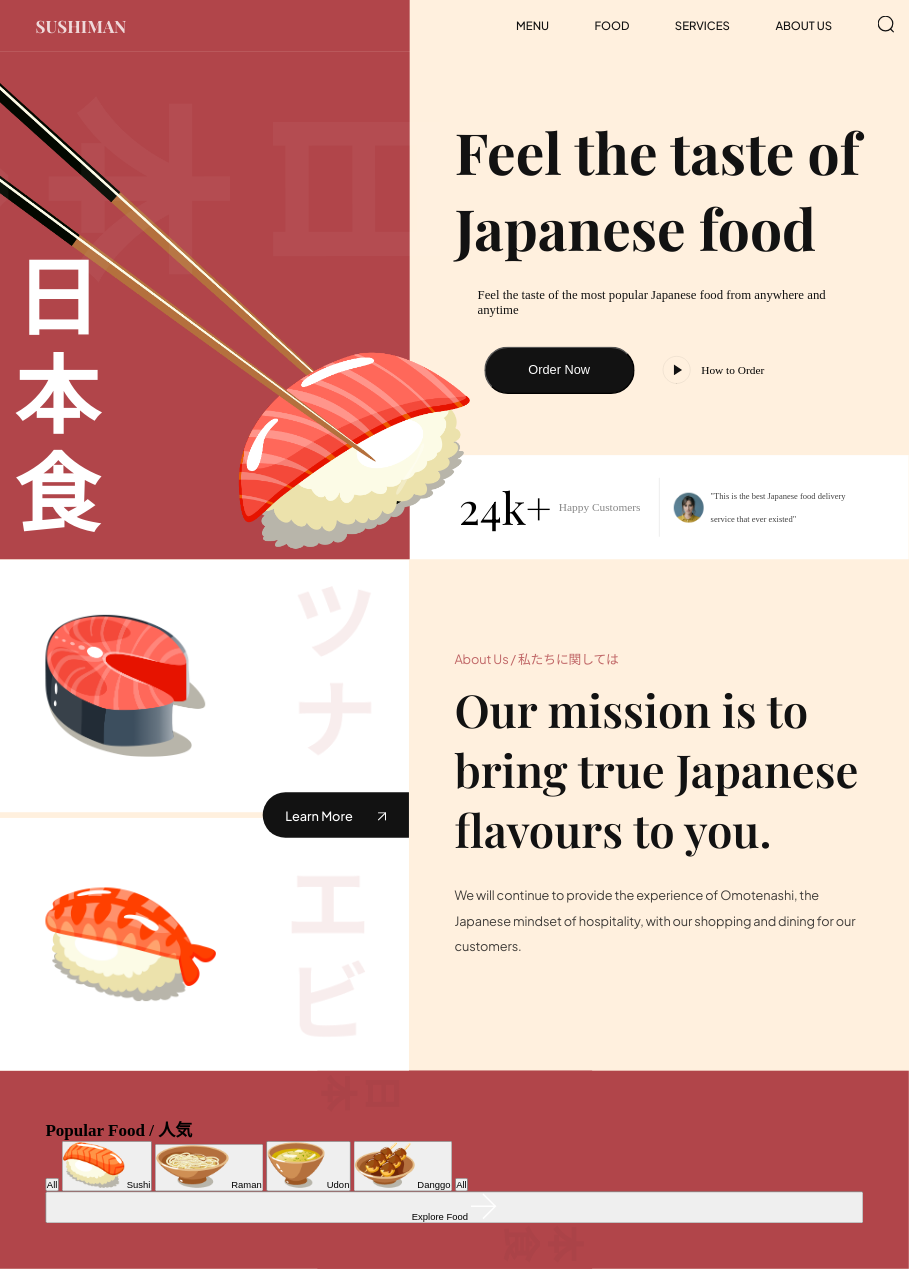
Repository: echoyol/sushiWebsite
Page: index.html
An editor plug-in stored every save of this project. The page is shown before and after the next save, followed by the edit.
The browser window is 1280 px wide. The pictures show the whole page, at 71% of full size.

Above is the page before, as saved 2023-06-04 19:49:50.

### index.html
<!DOCTYPE html>
<html lang="en">
  <head>
    <meta charset="UTF-8" />
    <meta
      http-equiv="X-UA-Compatible"
      content="IE=edge"
    />
    <meta
      name="viewport"
      content="width=device-width, initial-scale=1.0"
    />
    <link
      rel="icon"
      type="image/png"
      href="/public/sushi.png"
    />
    <link
      rel="stylesheet"
      href="/css/style.css"
    />
    <title>Sushiman</title>
  </head>
  <body>
    <header>
      <nav class="header_nav">
        <div class="header__logo">
          <h4>Sushiman</h4>
          <div class="header__logo-overlay"></div>
        </div>
        <ul class="header__menu">
          <li>
            <a href="#menu">Menu</a>
          </li>
          <li>
            <a href="#food">Food</a>
          </li>
          <li>
            <a href="#services">Services</a>
          </li>
          <li>
            <a href="#about-us">About Us</a>
          </li>
          <li>
            <img
              src="assets/search.svg"
              alt="search"
            />
          </li>
        </ul>
        <ul class="header__menu-mobile">
          <li>
            <img
              src="assets/menu.svg"
              alt="menu"
            />
          </li>
        </ul>
      </nav>
    </header>

    <section class="hero">
      <div class="hero-image">
        <img
          src="assets/sushi-1.png"
          alt="sushi"
        />
        <h2>
          日<br />
          本<br />
          食
        </h2>

        <div class="hero-image__overlay"></div>
      </div>

      <div class="hero-content">
        <div class="hero-content-info">
          <h1>Feel the taste of Japanese food</h1>
          <p>
            Feel the taste of the most popular Japanese food from anywhere and
            anytime
          </p>

          <div class="hero-content__buttons">
            <button class="hero-content__order-button">Order Now</button>
            <button class="hero-content__play-button">
              <img
                src="assets/play-circle.svg"
                alt="play"
              />
              How to Order
            </button>
          </div>
        </div>
        <div class="hero-content__testimonial">
          <div class="hero-content__customer flex-center">
            <h4>24<span>k+</span></h4>
            <p>Happy Customers</p>
          </div>

          <div class="hero-content__review">
            <img
              src="assets/user.png"
              alt="user"
            />
            <p>
              "This is the best Japanese food delivery service that ever
              existed"
            </p>
          </div>
        </div>
      </div>
    </section>

    <section
      class="about-us"
      id="about-us"
    >
      <div class="about-us__image">
        <div class="about-us__image-sushi3">
          <img
            src="assets/sushi-3.png"
            alt="sushi"
          />
        </div>

        <button class="about-us__button">
          Learn More

          <img
            src="assets/arrow-up-right.svg"
            alt="learn more"
          />
        </button>

        <div class="about-us__image-sushi2">
          <img
            src="assets/sushi-2.png"
            alt="sushi"
          />
        </div>
      </div>

      <div class="about-us__content">
        <p class="sushi__subtitle">About Us / 私たちに関しては</p>
        <h3 class="sushi__title">
          Our mission is to bring true Japanese flavours to you.
        </h3>
        <p class="sushi__description">
          We will continue to provide the experience of Omotenashi, the Japanese
          mindset of hospitality, with our shopping and dining for our
          customers.
        </p>
      </div>
    </section>

    <section
      class="popular-foods"
      id="menu"
    >
      <h2 class="popular-foods__title">Popular Food / 人気</h2>

      <div class="popular-foods__filters sushi__hide-scrollbar">
        <button class="popular-foods__filter-btn active">All</button>
        <button class="popular-foods__filter-btn">
          <img
            src="assets/sushi-9.png"
            alt="sushi 9"
          />
          Sushi
        </button>
        <button class="popular-foods__filter-btn">
          <img
            src="assets/sushi-8.png"
            alt="sushi 8"
          />
          Raman
        </button>
        <button class="popular-foods__filter-btn">
          <img
            src="assets/sushi-7.png"
            alt="sushi 7"
          />
          Udon
        </button>
        <button class="popular-foods__filter-btn">
          <img
            src="assets/sushi-6.png"
            alt="sushi 6"
          />
          Danggo
        </button>
        <button class="popular-foods__filter-btn active">All</button>
      </div>

      <div class="popular-foods__catalogue"></div>

      <button class="popular-foods__button">
        Explore Food
        <img
          src="assets/arrow-right.svg"
          alt="arrow-right"
        />
      </button>
    </section>
    <script
      src="js/script.js"
      type="module"
    ></script>
  </body>
</html>

### css/style.css
@import url('https://fonts.googleapis.com/css2?family=Playfair+Display:wght@400;500;600;700;800;900&display=swap');
@import url('https://fonts.googleapis.com/css2?family=Plus+Jakarta+Sans:wght@200;300;400;500;600;700;800&display=swap');

/* other css file imports */
@import url('sections/header.css');
@import url('sections/hero.css');
@import url('sections/about.css');
@import url('sections/popular.css');
@import url('sections/trending.css');
@import url('sections/subscribe.css');
@import url('sections/footer.css');

/* CSS variables for reusablity across all files (including above imported) */
:root {
  --playfair-display: 'Playfair Display', serif;
  --plus-jakarta-sans: 'Plus Jakarta Sans', sans-serif;

  --primary-color: #b1454a;
  --secondary-color: #121212;

  --black-200: #020202;
  --black-300: #333333;
  --black-400: #1f1e31;
  --black-500: #555555;
  --gray-100: #888888;

  --color-white: #fff;
  --color-creamson: #fff0de;
}

* {
  margin: 0;
  padding: 0;
  box-sizing: border-box;
  scroll-behavior: smooth;
}

body {
  max-width: 1280px;
  margin: 0 auto;
  background-color: var(--color-creamson);
}

a {
  text-decoration: none;
  color: inherit;
}

.flex-center {
  display: flex;
  justify-content: center;
  align-items: center;
}

.flex-between {
  display: flex;
  justify-content: space-between;
  align-items: center;
}

.sushi__subtitle {
  font-size: 18px;
  font-weight: 400;
  font-family: var(--plus-jakarta-sans);

  color: var(--primary-color);
  opacity: 0.8;

  letter-spacing: -0.01em;
}

.sushi__title {
  font-size: 64px;
  font-weight: 600;
  font-family: var(--playfair-display);

  color: var(--secondary-color);

  margin-top: 16px;
}

.sushi__description {
  font-size: 18px;
  font-weight: 400;
  font-family: var(--plus-jakarta-sans);

  line-height: 36px;
  letter-spacing: -0.01em;

  color: var(--secondary-color);
  opacity: 0.8;

  margin: 32px 0px;
}

/* Hide scrollbar for Chrome, Safari and Opera */
.sushi__hide-scrollbar::-webkit-scrollbar {
  display: none;
}

/* Hide scrollbar for IE, Edge and Firefox */
.sushi__hide-scrollbar {
  -ms-overflow-style: none; /* IE and Edge */
  scrollbar-width: none; /* Firefox */
}

/* START: about us media queries */
@media screen and (max-width: 1024px) {
  .about-us {
    flex-direction: column;
  }

  .about-us__image {
    flex-direction: row;
  }

  .about-us__image-sushi3 {
    border-bottom: none;
    border-right: 8px solid var(--color-creamson);
  }

  .about-us__button {
    display: none;
  }
}

@media screen and (max-width: 750px) {
  .about-us__image {
    flex-direction: column;
  }

  .about-us__image-sushi3 {
    border-bottom: 8px solid var(--color-creamson);
    border-right: none;
  }

  .about-us__button {
    display: block;
    top: 47%;
  }
}

@media screen and (max-width: 550px) {
  .about-us__image-sushi2 img,
  .about-us__image-sushi3 img {
    width: 50%;
    height: 160px;

    object-fit: contain;
  }

  .about-us__image div {
    padding: 32px;
  }

  .about-us__button {
    top: 44%;
  }

  .about-us__content {
    padding: 32px;
  }
}
/* END: about us media queries */

/* START: header media querie */
@media screen and (max-width: 900px) {
  .header__nav {
    background: var(--primary-color);
  }

  .header__menu {
    display: none;
  }

  .header__menu-mobile {
    display: flex;
  }
}

@media screen and (max-width: 550px) {
  .header__logo {
    padding-left: 0;
  }
}
/* END: header media queries */

/* START: hero media queries */
@media screen and (max-width: 1060px) {
  .hero {
    flex-direction: column;
  }

  .hero-image img {
    width: 100%;

    transform: matrix(1, 0.05, 0, 1.25, 0, 0) !important;
  }
}

@media screen and (max-width: 750px) {
  .hero-image h2 {
    font-size: 70px;
    line-height: 90px;
  }
}

@media screen and (max-width: 550px) {
  .hero-image h2 {
    font-size: 40px;
    line-height: 60px;
  }

  .hero-content-info {
    padding: 32px;
  }

  .hero-content-info h1 {
    font-size: 60px;
  }

  .hero-content-info p {
    margin: 32px 0;
  }

  .hero-content__buttons {
    margin: 41px 0;
  }

  .hero-content__testimonial {
    padding: 32px;
  }
}
/* END: hero media queries */

/* START: popular media queries */
@media screen and (max-width: 550px) {
  .popular-foods {
    padding: 64px 32px;
  }

  .popular-foods__card,
  .popular-foods__card.active-card {
    min-width: 100%;
  }
}
/* END: popular media queries */

/* START: subscribe media queries */
@media screen and (max-width: 550px) {
  .subscription {
    padding: 64px 32px;
  }

  .subscription h2 {
    font-size: 68px;
    line-height: 100px;
  }

  .subscription__form {
    flex-direction: column;
    gap: 20px;

    min-width: 100%;
    border-radius: 20px;
    padding: 0;

    border: none;
  }

  .subscription__form input {
    min-height: 50px;

    border: 1px solid rgba(255, 255, 255, 0.5);
    padding: 10px 20px;
    border-radius: 30px;
  }

  .subscription__form button {
    min-width: 100%;
  }
}
/* END: subscribe media queries */

/* START: trending media queries */
@media screen and (max-width: 1024px) {
  .trending-sushi {
    flex-direction: column;
  }

  .trending-drink {
    flex-direction: column-reverse;
  }

  .trending__image {
    width: 100%;
    background-size: cover;
  }

  .trending__discover {
    display: none;
  }

  .trending__arrow {
    display: none;
  }
}

@media screen and (max-width: 550px) {
  .trending__image img {
    width: 70%;
    height: 70%;
  }

  .trending__content {
    padding: 32px;
  }
}
/* END: trending media queries */

### js/script.js
// import AOS from 'aos'
// import 'aos/dist/aos.css'

// // init AOS animation
// AOS.init({
//   duration: 1000,
//   offset: 100,
// })

### css/sections/header.css
.header_nav {
  display: flex;
  overflow: hidden;
}

.header__logo {
  flex: 1;
  display: flex;
  position: relative;
  padding: 20px;
}

.header__logo-overlay {
  position: absolute;
  inset: 0;
  width: 100%;
  background-color: var(--primary-color);
  z-index: -1;
}

.header__logo h4 {
  padding-left: 30px;
  font-weight: 700;
  font-size: 24px;
  text-transform: uppercase;
  font-family: var(--playfair-display);
  color: #fff;
  opacity: 0.8;
}

.header__menu,
.header__menu-mobile {
  padding: 20px;
  flex: 1.236;
  display: flex;
  align-items: center;
  justify-content: flex-end;
  gap: 64px;

  list-style: none;
}

.header__menu li {
  font-weight: 500;
  font-family: var(--plus-jakarta-sans);
  color: var(--secondary-color);
  font-size: 16px;
  text-transform: uppercase;
  line-height: 20px;
  cursor: pointer;
}

.header__menu li img {
  width: 24px;
  height: 24px;
  object-fit: contain;
}

.header__menu-mobile {
  display: none;
  gap: 20px;
  position: relative;
}

### css/sections/hero.css
.hero {
  display: flex;
  min-height: calc(100vh-74px);
  overflow: hidden;
}

.hero-image {
  flex: 1;
  display: flex;
  flex-direction: column;
  position: relative;
  z-index: 5;
}

.hero-image img {
  width: 120%;
  height: 100%;
  object-fit: contain;
}

.hero-image__overlay {
  position: absolute;
  inset: 0;
  width: 100%;
  background-color: var(--primary-color);
  z-index: -1;
}

.hero-image h2 {
  position: absolute;
  bottom: 0;
  padding: 20px;
  font-family: var(--playfair-diaplay);
  font-weight: 700;
  font-size: 120px;
  line-height: 138px;
  color: #fff;
}

.hero-content {
  flex: 1.22;
  display: flex;
  justify-content: space-between;
  flex-direction: column;
}

.hero-content-info {
  padding: 64px;
  flex: 1;
  display: flex;
  justify-content: center;
  flex-direction: column;
}

.hero-content-info h1 {
  font-size: 80px;
  font-weight: 600px;
  font-family: var(--playfair-display);
  color: var(--secondary-color);
}

.hero-content-info p {
  margin: 32px 0 0 32px;
  font-family: var(--plus-jakarta-sana);
  color: var(--secondary-color);
  font-size: 18px;
  font-weight: 400;
}

.hero-content__buttons {
  margin: 41px 0 0 41px;
  display: flex;
  flex-wrap: wrap;
  gap: 36px;
}

.hero-content__order-button {
  padding: 20px;
  border-radius: 36px;
  min-width: 212px;
  outline: none;
  background-color: var(--secondary-color);
  cursor: pointer;
  color: #fff;
  font-weight: 500;
  font-size: 18px;
  line-height: 23px;
}

.hero-content__play-button {
  border: none;
  outline: none;
  background: transparent;

  display: flex;
  align-items: center;

  font-size: 16px;
  line-height: 19px;
  color: var(--black-200);
  font-family: var(--plus-jakarta-sana);

  cursor: pointer;
}

.hero-content__play-button img {
  margin-right: 12px;

  width: 46px;
  height: 46px;
  object-fit: contain;
}

.hero-content__testimonial {
  padding: 32px 64px;

  display: flex;
  flex-wrap: wrap;
  gap: 20px;

  background: var(--color-white);
}

.hero-content__customer {
  flex: 1;
  gap: 10px;
}

.hero-content__customer h4 {
  font-size: 62px;
  font-weight: 400;
  font-family: var(--playfair-display);
}

.hero-content__customer p {
  font-size: 16px;
  font-weight: 400;
  font-family: var(--plus-jakarta-sana);
  color: var(--secondary-color);
  opacity: 0.5;
}

.hero-content__review {
  flex: 1;
  display: flex;
  align-items: center;
  gap: 10px;

  padding-left: 20px;
  border-left: 1px solid rgba(2, 2, 2, 0.1);
  min-width: 200px;
}
.hero-content__review img {
  width: 42px;
  height: 42px;
  object-fit: contain;
}

.hero-content__review p {
  font-size: 12px;
  font-weight: 400;
  line-height: 32px;
  font-family: var(--plus-jakarta-sana);
  color: var(--secondary-color);
  opacity: 0.8;
}

### css/sections/about.css
.about-us {
  display: flex;
  min-height: 720px;
  overflow: hidden;
}

.about-us__image {
  flex: 1;
  display: flex;
  flex-direction: column;
  justify-content: center;

  background: var(--color-white);

  position: relative;
}

.about-us__image div {
  padding: 32px 64px;

  flex: 1;
  display: flex;
  align-items: center;

  background-position: center;
  background-repeat: no-repeat;
  background-size: contain;
}

.about-us__image-sushi3 {
  border-bottom: 8px solid var(--color-creamson);

  background-image: url('../../assets/about_bg1.png');
}

.about-us__image-sushi2 {
  background-image: url('../../assets/about_bg2.png');
}

.about-us__image-sushi3 img {
  width: 225px;
  height: 200px;
}

.about-us__image-sushi2 img {
  width: 240px;
  height: 160px;
}

.about-us__button {
  position: absolute;
  right: 0;

  padding: 12px 32px;
  min-height: 64px;

  background: var(--secondary-color);
  border-radius: 32px 0 0 32px;
  border: 0;
  outline: 0;

  color: #fff;
  font-family: var(--plus-jakarta-sans);
  font-weight: 500;
  font-size: 18px;
  line-height: 23px;
  cursor: pointer;
}

.about-us__button img {
  object-fit: contain;
  margin-left: 32px;
}

.about-us__content {
  padding: 64px;

  flex: 1;
  display: flex;
  justify-content: center;
  flex-direction: column;
}

### css/sections/popular.css
.popular-foods {
  padding: 64px;

  display: flex;
  flex-direction: column;

  background-color: var(--primary-color);
  background-image: url('../../assets/popular_bg.png');
  background-position: center;
  background-repeat: no-repeat;
  background-size: contain;

  overflow: hidden;
}

Loaded but not shown: css/sections/trending.css (no stored copy; drawn as an empty file); css/sections/subscribe.css (no stored copy; drawn as an empty file); css/sections/footer.css (no stored copy; drawn as an empty file)

After the next save:
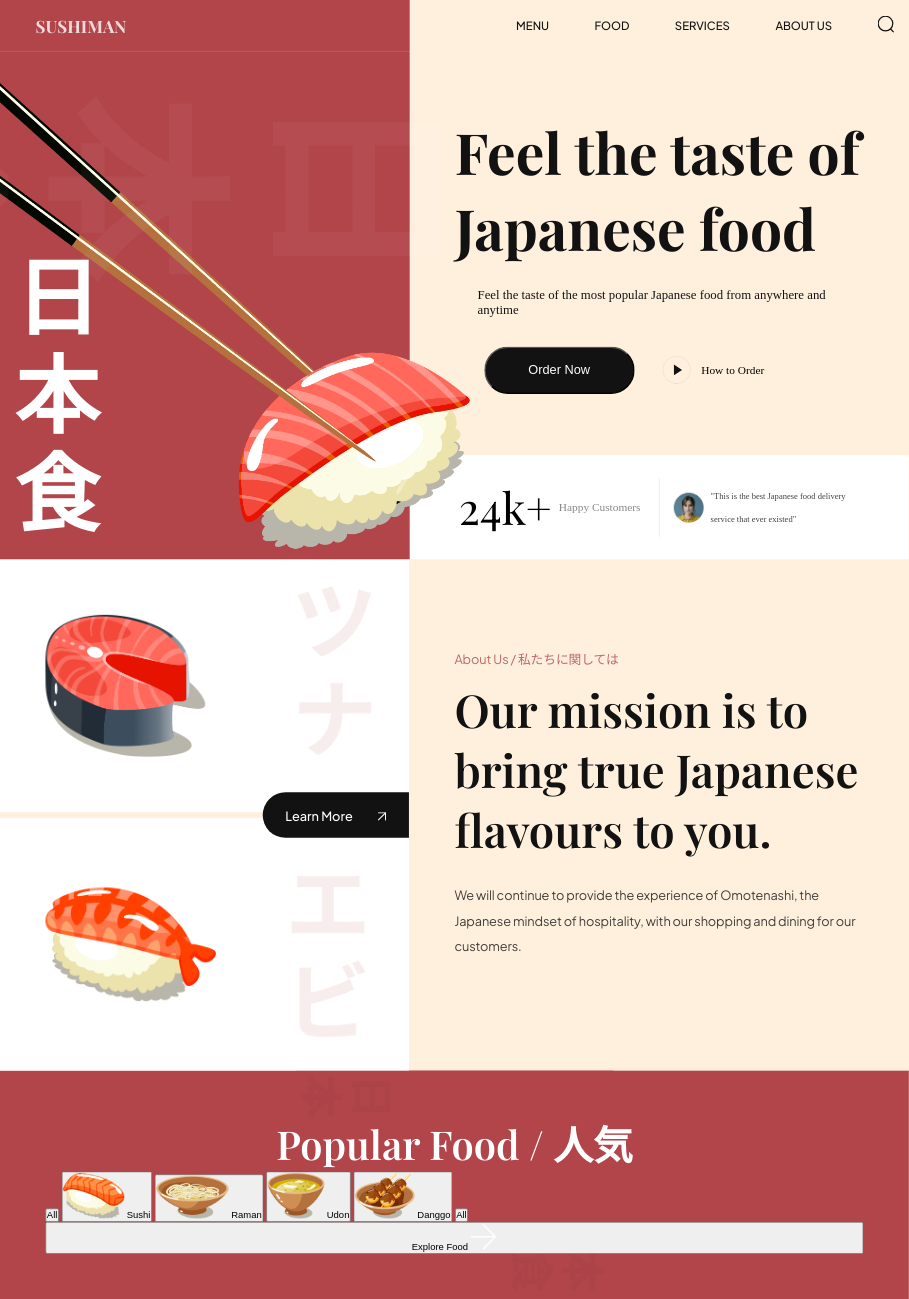
Saved 2 min 20 s later.
--- a/css/sections/popular.css
+++ b/css/sections/popular.css
@@ -12,3 +12,12 @@
 
   overflow: hidden;
 }
+
+.popular-foods__title {
+  font-size: 56px;
+  font-family: var(--playfair-display);
+  font-weight: 600;
+  line-height: 78px;
+  color: #fff;
+  text-align: center;
+}
